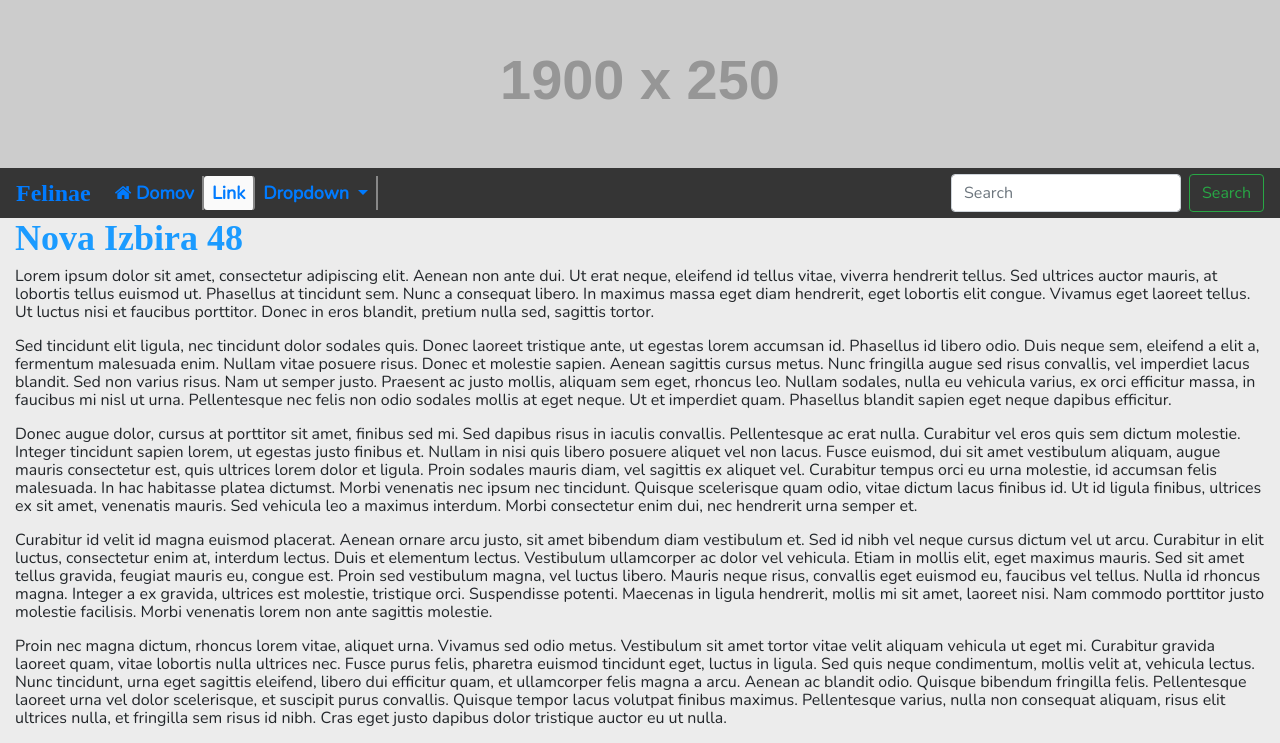
Repository: UrbyK/Felinae
Page: http://localhost/index.php?page=home
The author's editor kept a copy of each file at every save. The page is drawn from the files as they stood at one save, then again after the next save.
The browser window is 1280 px wide. The pictures show the whole page.
Some web fonts or font styles are not loaded; a fallback is used. The page is run by PHP 8.4 with error messages shown; the project is at /var/www/html/.

Above is the page before, as saved 2020-08-11 12:00:56.

### index.php
<?php
    session_start();

    include './functions.php';

    $pdo = pdo_connect_mysql();

    $page = isset($_GET['page']) && file_exists($_GET['page']. '.php') ? $_GET['page'] : 'home';
    include $page . '.php';


?>

### functions.php
<?php
    include './includes/dbh.inc.php';

    include_once('./includes/search-functions.php');

    function template_header($title){
        include_once('./header.php');
    }

    function template_footer(){
        include_once('./footer.php');
    }


    function countries(){
        $pdo = pdo_connect_mysql();
        $stmt = $pdo->prepare("SELECT * FROM country");
        $stmt->execute();
        $result = $stmt->fetchAll(PDO::FETCH_ASSOC);
        return $result;
    }


?>

### includes/dbh.inc.php
<?php
    function pdo_connect_mysql(){
        /* credentials */
        $dbHost = 'localhost';
        $dbUser = 'root';
        $dbPass = '';
        $dbName = 'felinae';

        try{
            return new PDO('mysql:host=' . $dbHost . ';dbname=' . $dbName . ';charset=utf8', $dbUser, $dbPass);
        } catch (PDOException $exception) {
            // If there is an error with the connection, stop the script and display the error.
            die ('Failed to connect to database!'. $exception->getMessage());
        }
    }
?>

### includes/search-functions.php
<?php
    function get_city($pdo, $city, $postalCode, $country_id){

        $query = "SELECT * FROM city WHERE country_id = ? AND lower(city) LIKE lower(?) AND postalCode = ?";
        $stmt = $pdo->prepare($query);
        $stmt->execute([$country_id, $city, $postalCode]);
        return $stmt;
    }
?>

### home.php
<?=template_header('Home')?>

    <h1>Nova Izbira 48</h1>
<p>
Lorem ipsum dolor sit amet, consectetur adipiscing elit. Aenean non ante dui. Ut erat neque, eleifend id tellus vitae, viverra hendrerit tellus. Sed ultrices auctor mauris, at lobortis tellus euismod ut. Phasellus at tincidunt sem. Nunc a consequat libero. In maximus massa eget diam hendrerit, eget lobortis elit congue. Vivamus eget laoreet tellus. Ut luctus nisi et faucibus porttitor. Donec in eros blandit, pretium nulla sed, sagittis tortor.
</p>
<p>
Sed tincidunt elit ligula, nec tincidunt dolor sodales quis. Donec laoreet tristique ante, ut egestas lorem accumsan id. Phasellus id libero odio. Duis neque sem, eleifend a elit a, fermentum malesuada enim. Nullam vitae posuere risus. Donec et molestie sapien. Aenean sagittis cursus metus. Nunc fringilla augue sed risus convallis, vel imperdiet lacus blandit. Sed non varius risus. Nam ut semper justo. Praesent ac justo mollis, aliquam sem eget, rhoncus leo. Nullam sodales, nulla eu vehicula varius, ex orci efficitur massa, in faucibus mi nisl ut urna. Pellentesque nec felis non odio sodales mollis at eget neque. Ut et imperdiet quam. Phasellus blandit sapien eget neque dapibus efficitur.
</p>
<p>
Donec augue dolor, cursus at porttitor sit amet, finibus sed mi. Sed dapibus risus in iaculis convallis. Pellentesque ac erat nulla. Curabitur vel eros quis sem dictum molestie. Integer tincidunt sapien lorem, ut egestas justo finibus et. Nullam in nisi quis libero posuere aliquet vel non lacus. Fusce euismod, dui sit amet vestibulum aliquam, augue mauris consectetur est, quis ultrices lorem dolor et ligula. Proin sodales mauris diam, vel sagittis ex aliquet vel. Curabitur tempus orci eu urna molestie, id accumsan felis malesuada. In hac habitasse platea dictumst. Morbi venenatis nec ipsum nec tincidunt. Quisque scelerisque quam odio, vitae dictum lacus finibus id. Ut id ligula finibus, ultrices ex sit amet, venenatis mauris. Sed vehicula leo a maximus interdum. Morbi consectetur enim dui, nec hendrerit urna semper et.
</p>
<p>
Curabitur id velit id magna euismod placerat. Aenean ornare arcu justo, sit amet bibendum diam vestibulum et. Sed id nibh vel neque cursus dictum vel ut arcu. Curabitur in elit luctus, consectetur enim at, interdum lectus. Duis et elementum lectus. Vestibulum ullamcorper ac dolor vel vehicula. Etiam in mollis elit, eget maximus mauris. Sed sit amet tellus gravida, feugiat mauris eu, congue est. Proin sed vestibulum magna, vel luctus libero. Mauris neque risus, convallis eget euismod eu, faucibus vel tellus. Nulla id rhoncus magna. Integer a ex gravida, ultrices est molestie, tristique orci. Suspendisse potenti. Maecenas in ligula hendrerit, mollis mi sit amet, laoreet nisi. Nam commodo porttitor justo molestie facilisis. Morbi venenatis lorem non ante sagittis molestie.
</p>
<p>
Proin nec magna dictum, rhoncus lorem vitae, aliquet urna. Vivamus sed odio metus. Vestibulum sit amet tortor vitae velit aliquam vehicula ut eget mi. Curabitur gravida laoreet quam, vitae lobortis nulla ultrices nec. Fusce purus felis, pharetra euismod tincidunt eget, luctus in ligula. Sed quis neque condimentum, mollis velit at, vehicula lectus. Nunc tincidunt, urna eget sagittis eleifend, libero dui efficitur quam, et ullamcorper felis magna a arcu. Aenean ac blandit odio. Quisque bibendum fringilla felis. Pellentesque laoreet urna vel dolor scelerisque, et suscipit purus convallis. Quisque tempor lacus volutpat finibus maximus. Pellentesque varius, nulla non consequat aliquam, risus elit ultrices nulla, et fringilla sem risus id nibh. Cras eget justo dapibus dolor tristique auctor eu ut nulla.
</p>

### header.php
<!DOCTYPE html>
<html>
    <head>
        <meta charset="utf-8" content="text/html"/>
        <meta name="viewport" content="width=device-width, intital-scale=1.0"/>

        <!-- JavaScript -->
        <script src="https://code.jquery.com/jquery-3.5.1.min.js" integrity="sha256-9/aliU8dGd2tb6OSsuzixeV4y/faTqgFtohetphbbj0=" crossorigin="anonymous"></script>

        <!-- Boostrap -->
            <!-- CSS -->
        <link rel="stylesheet" href="https://stackpath.bootstrapcdn.com/bootstrap/4.5.0/css/bootstrap.min.css"
            integrity="sha384-9aIt2nRpC12Uk9gS9baDl411NQApFmC26EwAOH8WgZl5MYYxFfc+NcPb1dKGj7Sk" crossorigin="anonymous" />

            <!-- JavaScript -->
        <script src="https://stackpath.bootstrapcdn.com/bootstrap/4.5.0/js/bootstrap.bundle.min.js"
             integrity="sha384-1CmrxMRARb6aLqgBO7yyAxTOQE2AKb9GfXnEo760AUcUmFx3ibVJJAzGytlQcNXd" crossorigin="anonymous"></script>

        <!-- FONTAWESOME -->
        <link rel="stylesheet" href="https://stackpath.bootstrapcdn.com/font-awesome/4.7.0/css/font-awesome.min.css" integrity="sha384-wvfXpqpZZVQGK6TAh5PVlGOfQNHSoD2xbE+QkPxCAFlNEevoEH3Sl0sibVcOQVnN"
         crossorigin="anonymous">

         <script src="./js/active-menu.js" crossorigin="anonymous"></script>


        <!-- Custom CSS -->
        <link rel="stylesheet" href="./css/style.css"/>

        <title>Felinae</title>
    </head>

    <body>

        <header>
            <div class="banner"><img src="https://via.placeholder.com/1900x250" alt="banner"></div>
        </header>

       <!-- <nav class="navbar sticky-top navbar-expand-lg navbar-light bg-light ">-->
        <nav class="navbar sticky-top navbar-expand-lg">
            <a class="navbar-brand" href="#">Felinae</a>
            <button class="navbar-toggler ml-auto custom-toggler" type="button" data-toggle="collapse" data-target="#navbarSupportedContent" aria-controls="navbarSupportedContent" aria-expanded="false" aria-label="Toggle navigation">
                <span class="navbar-toggler-icon"></span>
            </button>

            <div class="collapse navbar-collapse" id="navbarSupportedContent">

                <ul class="navbar-nav mr-auto">
                    <li class="nav-item">
                        <a class="nav-link" href="./index.php"><i class="fa fa-home" aria-hidden="true"></i> Domov <span class="sr-only">(current)</span></a>
                    </li>
                    <li class="nav-item">
                        <a class="nav-link" href="./index.php?page=home">Link</a>
                    </li>
                    <li class="nav-item dropdown" >
                        <a class="nav-link dropdown-toggle" href="#" id="navbarDropdown" role="button" data-toggle="dropdown" aria-haspopup="true" aria-expanded="false">
                        Dropdown
                        </a>
                        <div class="dropdown-menu" aria-labelledby="navbarDropdown">
                        <a class="dropdown-item" href="#">Action</a>
                        <a class="dropdown-item" href="#">Another action</a>
                        <div class="dropdown-divider"></div>
                        <a class="dropdown-item" href="#">Something else here</a>
                        </div>
                    </li>
                </ul>

                <form class="form-inline my-2 my-lg-0">
                    <input class="form-control mr-sm-2" type="search" placeholder="Search" aria-label="Search">
                    <button class="btn btn-outline-success my-2 my-sm-0" type="submit">Search</button>
                </form>

            </div>
        </nav>

    <div class="container-fluid">

### js/active-menu.js
$(function(){
    // this will get the full URL at the address bar
    var url = window.location.href;

    // passes on every "a" tag
    $(".navbar a").each(function() {
            // checks if its the same on the address bar
        if(url == (this.href)) {
            $(this).closest("li").addClass("active");
        }
    });
});

### css/style.css
@import url('http://fonts.googleapis.com/css?family=Oxygen+Mono');
@import url('https://fonts.googleapis.com/css?family=Damion|Neucha|Pacifico|Yellowtail&display=swap');
@import url('https://fonts.googleapis.com/css2?family=Crimson+Text&family=Nunito&family=Overlock&family=Source+Sans+Pro&display=swap');
@import url('https://fonts.googleapis.com/css2?family=Love+Ya+Like+A+Sister&display=swap');

body{
    padding: 0;
    margin: 0 auto;
    font-size: 16px;
    line-height: 1.125em;

    font-family: 'Nunito', 'Source Sans Pro', sans-serif;
    background-color: #ececec;
}

h1, h2, h3, h4, h5, h6{
    font-family: 'Overlock', 'Crimson Text', cursive, serif;
    color: #1b9bff;
    font-weight: 550;
    line-height: 1.125em;
}

h1{
    font-size: 36px;
}
h2{
    font-size: 32px;
}
h3{
    font-size: 28px;
}
h4{
    font-size: 24px;
}
h5{
    font-size: 20px;
}
h6{
    font-size: 16px;
}
/* BANNER */
.banner img{
    width: 100%;
    height: auto;
}

/*NAVBAR*/
.navbar{
    background-color: rgb(53,53,53);
    font-size: 18px;
    font-weight: 600;
    max-height: 50px;
}

.navbar-brand{
    font-size: 24px;
    font-family: 'Love Ya Like A Sister','Overlock';
    font-weight: 800;

}

.custom-toggler .navbar-toggler-icon {
    background-image: url("data:[embedded picture, 239 characters]");
  }

  .custom-toggler, .navbar-toggler {
    border-color: rgb(27, 155, 255);
    border-width: 2px;
  }

  .active{
    background-color: #FAFAFA;
    border-radius: 3px;
  }
.navbar-nav .nav-item{
    border-right: 2px solid #888;
}


/*REGISTER/LOGIN FORM*/

.my-form .hint{
    font-size: 10px;
}

After the next save:
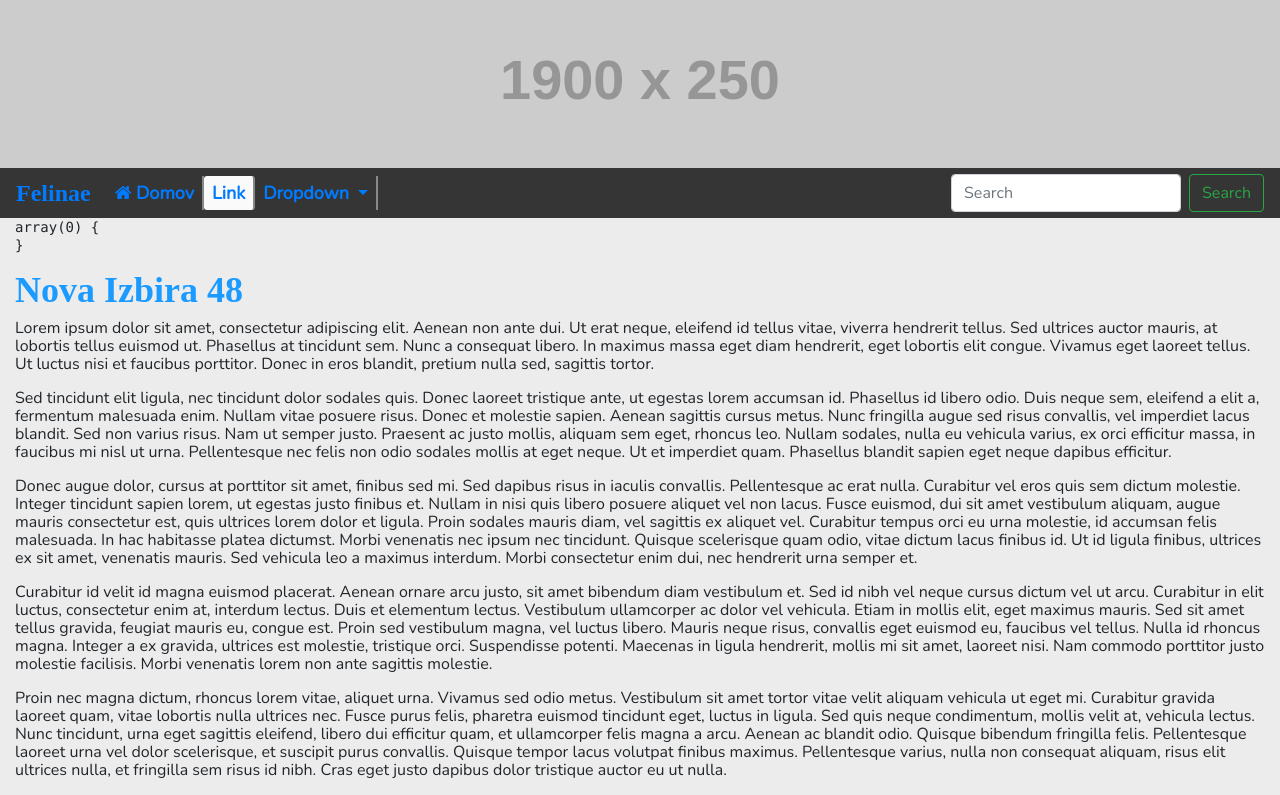
Saved 40 s later.
--- a/home.php
+++ b/home.php
@@ -1,4 +1,12 @@
 <?=template_header('Home')?>
+
+<?php
+
+
+echo '<pre>';
+var_dump($_SESSION);
+echo '</pre>';
+?>
 
     <h1>Nova Izbira 48</h1>
 <p>
